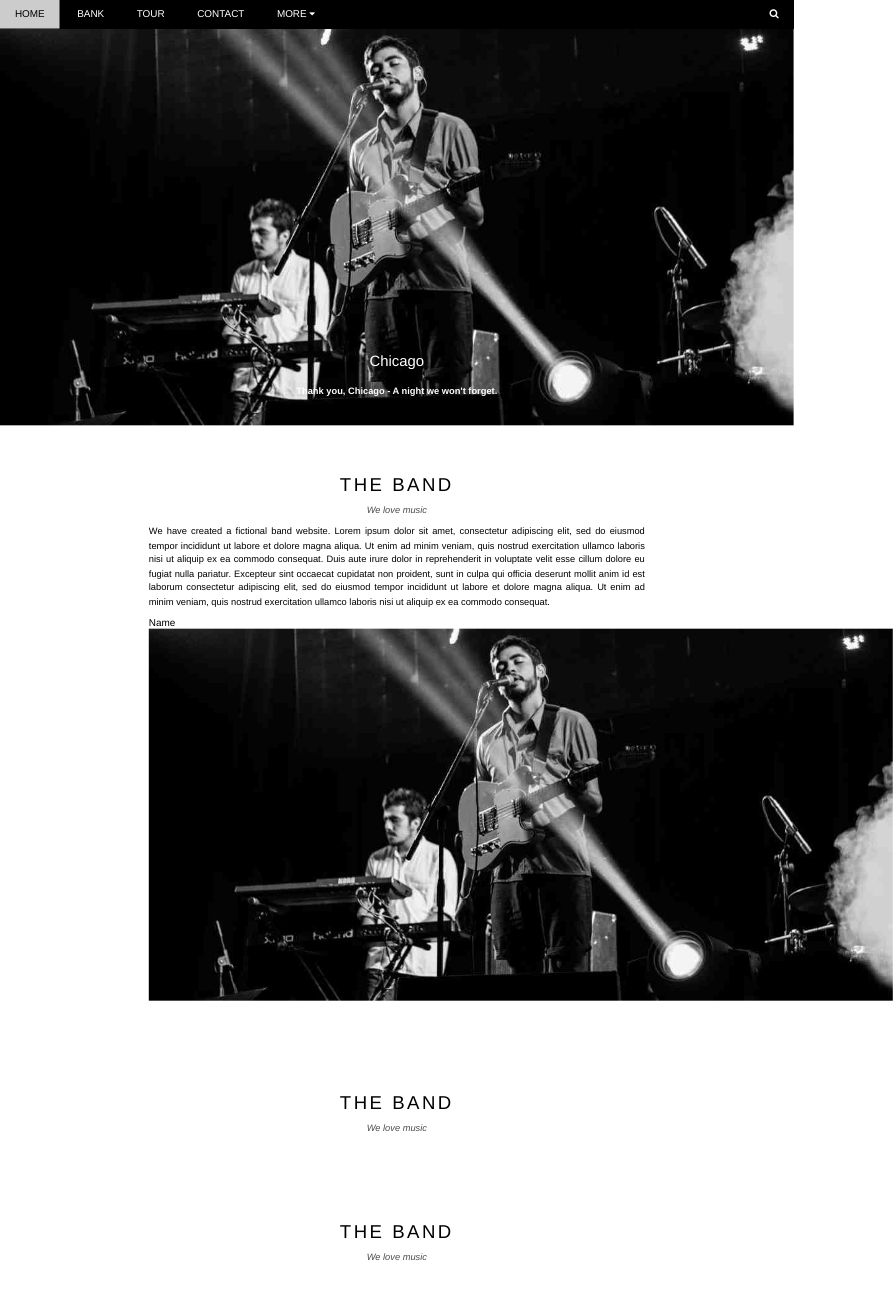
Repository: vuongtm1999/TheBand_W3School
Page: index.html
The author's editor kept a copy of each file at every save. The page is drawn from the files as they stood at one save, then again after the next save.
The browser window is 1280 px wide. The page is 1440 px wide, then 1280 px, so the pictures cover 1440 px, including what lies to the right of the window. The pictures show the whole page, at 62% of full size.

Above is the page before, as saved 2022-08-26 11:42:33.

After the next save:
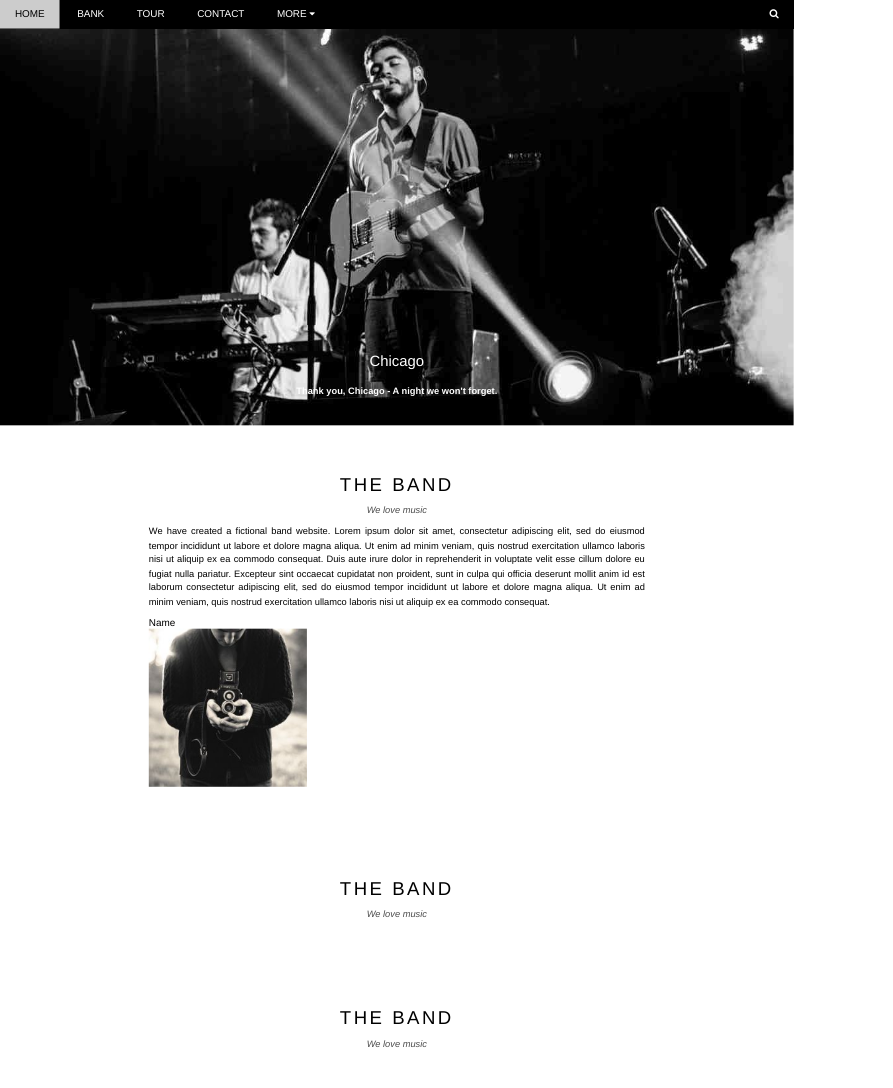
Saved 25 s later.
--- a/index.html
+++ b/index.html
@@ -60,7 +60,7 @@
                         Name
                     </div>
                     <div class="img">
-                        <img src="assets/img/chicago.jpg" alt="member">
+                        <img src="assets/img/bandmember.jpg" alt="member">
                     </div>
                 </div>
             </div>
